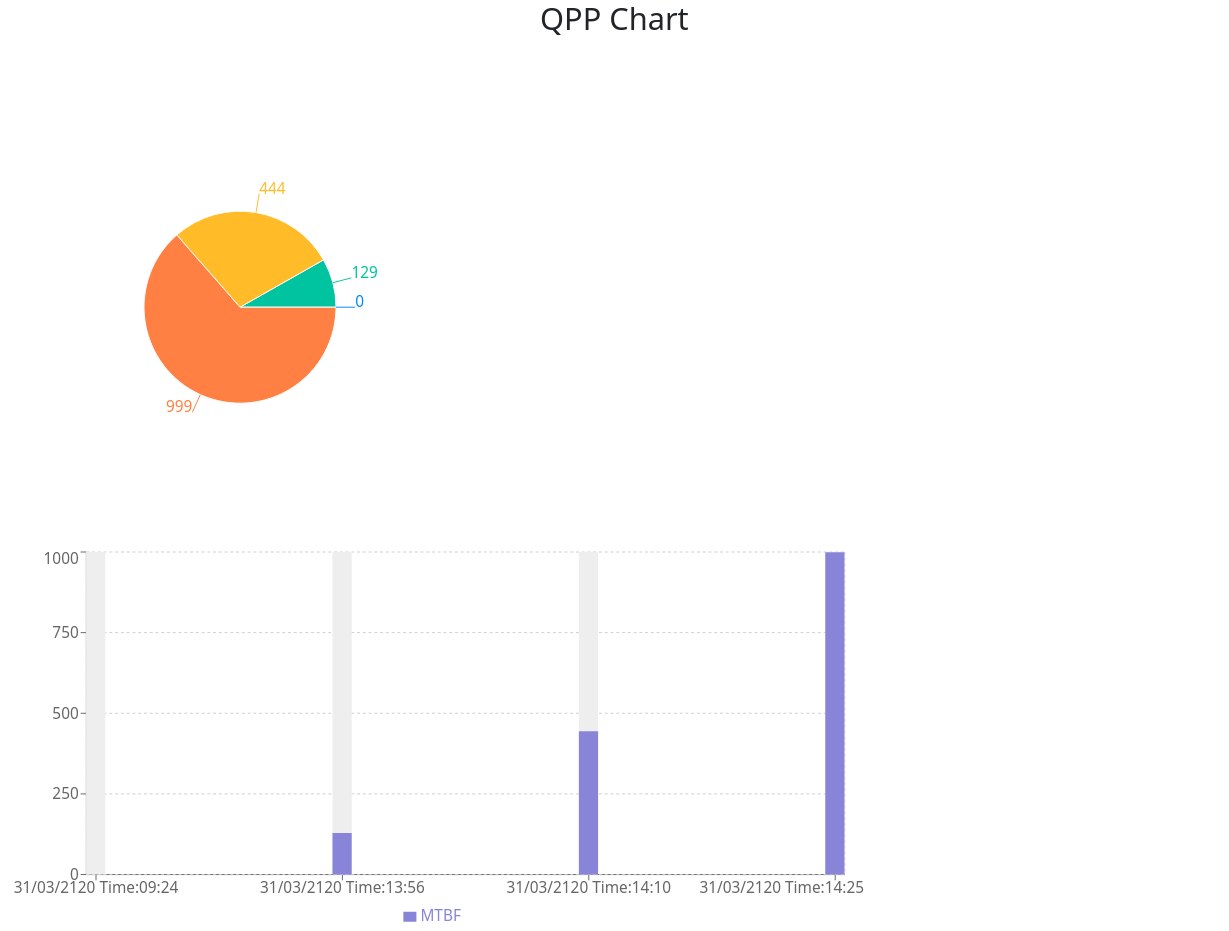
Repository: exiled-kal/ReactChartPrac
Page: /
The author's editor kept a copy of each file at every save. The page is drawn from the files as they stood at one save, then again after a run of saves.
The browser window is 1280 px wide. The pictures show the whole page, at 96% of full size.
The project was rebuilt for these pictures with package versions that can differ from the ones it lists, and the page was loaded fresh each time.

Above is the page before, as saved 2021-04-18 20:01:54.

### src/App.js
import './App.css';
import {CSVLink} from 'react-csv';

import {
  PieChart,
  Pie,
  Tooltip,
  BarChart,
  Bar,
  XAxis,
  YAxis,
  CartesianGrid,
  Legend,
  Cell,
} from 'recharts';

const data = [
  {
    StartDateTime: '31/03/2120 Time:09:24',
    SystemUpTime: 6,
    OperationTime: 0,
    DownTime: 0,
    IdleTime: 0,
    MTBF: 0,
    MTBA: 0,
    TotalQuantityIn: 0,
    TotalQuantityOut: 0,
    TotalPassed: 0,
    TotalFailed: 0,
    TotalYield: 0,
    SoftJam: 0,
    HardJam: 0,
    SprintUPH: 514,
  },
  {
    LotID: 'QPP_Test',
    ProductType: 'RB',
    StartDateTime: '31/03/2120 Time:13:56',
    SystemUpTime: 499,
    OperationTime: 129,
    DownTime: 0,
    IdleTime: 364,
    MTBF: 129,
    MTBA: 129,
    TotalQuantityIn: 33,
    TotalQuantityOut: 12,
    TotalPassed: 2,
    TotalFailed: 10,
    TotalYield: 16,
    SoftJam: 0,
    HardJam: 0,
    SprintUPH: 514,
  },
  {
    LotID: 'QPP_Test',
    ProductType: 'RB',
    StartDateTime: '31/03/2120 Time:14:10',
    SystemUpTime: 1481,
    OperationTime: 444,
    DownTime: 0,
    IdleTime: 1028,
    MTBF: 444,
    MTBA: 444,
    TotalQuantityIn: 33,
    TotalQuantityOut: 28,
    TotalPassed: 4,
    TotalFailed: 24,
    TotalYield: 14,
    SoftJam: 0,
    HardJam: 0,
    SprintUPH: 514,
  },
  {
    LotID: 'QPP_Test',
    ProductType: 'RB',
    StartDateTime: '31/03/2120 Time:14:25',
    SystemUpTime: 2680,
    OperationTime: 999,
    DownTime: 0,
    IdleTime: 1581,
    MTBF: 999,
    MTBA: 999,
    TotalQuantityIn: 33,
    TotalQuantityOut: 170,
    TotalPassed: 61,
    TotalFailed: 109,
    TotalYield: 35,
    SoftJam: 0,
    HardJam: 0,
    SprintUPH: 514,
  },
];

const COLORS = ['#0088FE', '#00C49F', '#FFBB28', '#FF8042', '#ff0000'];

const csvReport = {
  filename: './data/data.csv',
  data: data,
};

function App() {
  return (
    <div style={{textAlign: 'center'}}>
      <h2>QPP Chart</h2>

      <br />
      <div className="App">
        <PieChart width={500} height={500}>
          <h5>PieChart Of QPP</h5>
          <Pie
            dataKey="MTBF"
            isAnimationActive={true}
            data={data}
            cx="50%"
            cy="50%"
            outerRadius={100}
            fill="#8884d8"
            label="Start Date Time"
          >
            {data.map((entry, index) => (
              <Cell
                key={`cell-${index}`}
                fill={COLORS[index % COLORS.length]}
              />
            ))}
          </Pie>
          <Tooltip />
        </PieChart>
        <BarChart
          width={900}
          height={400}
          data={data}
          margin={{
            top: 5,
            right: 20,
            left: 30,
            bottom: 5,
          }}
          barSize={20}
        >
          <XAxis
            dataKey="StartDateTime"
            scale="point"
            padding={{left: 10, right: 10}}
          />

          <YAxis />
          <Tooltip />
          <Legend />
          <CartesianGrid strokeDasharray="3 3" />
          <Bar dataKey="MTBF" fill="#8884d8" background={{fill: '#eee'}} />
        </BarChart>
      </div>

    </div>
  );
}

export default App;

### src/App.css
.App {
  text-align: center;
  /* display: flex; */
  justify-content: space-around;
  align-items: center;
  background-color: #ffff;
}

.csv__button {
  background-color: darkkhaki;
  color: #ffff;
}

.csv__button:hover {
  color: darkkhaki;
  background-color: #ffff;
  text-decoration: none;
}

Loaded but not shown: public/index.html (common file); src/index.js (common file); src/index.css (common file); src/reportWebVitals.js (common file)

After the next 2 saves:
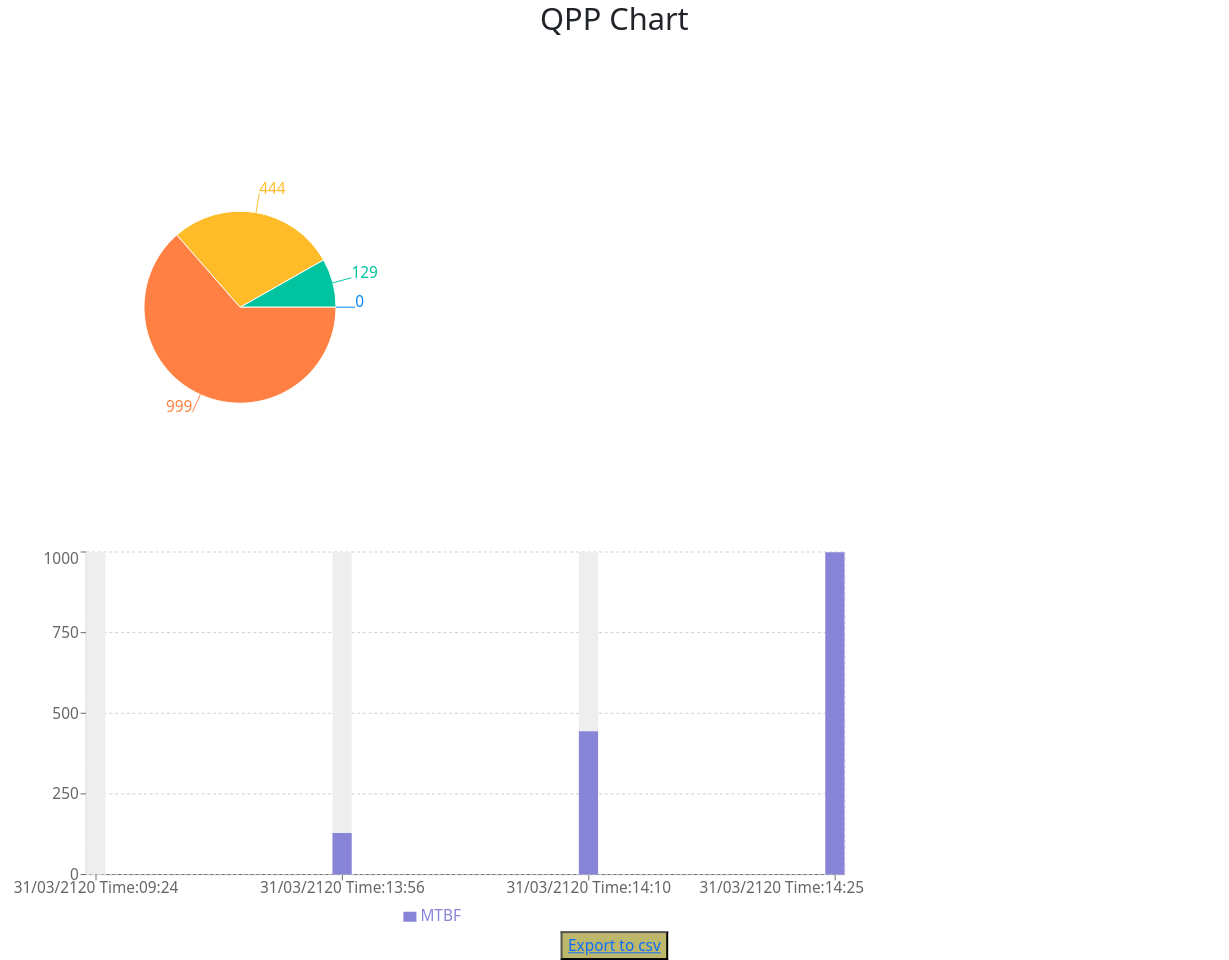
The 2 saves are shown as one change because they came seconds apart.
The last was saved 6 s later.
--- a/src/App.js
+++ b/src/App.js
@@ -151,7 +151,9 @@ function App() {
           <Bar dataKey="MTBF" fill="#8884d8" background={{fill: '#eee'}} />
         </BarChart>
       </div>
-
+      <button className="csv__button">
+        <CSVLink {...csvReport}>Export to csv</CSVLink>
+      </button>
     </div>
   );
 }
